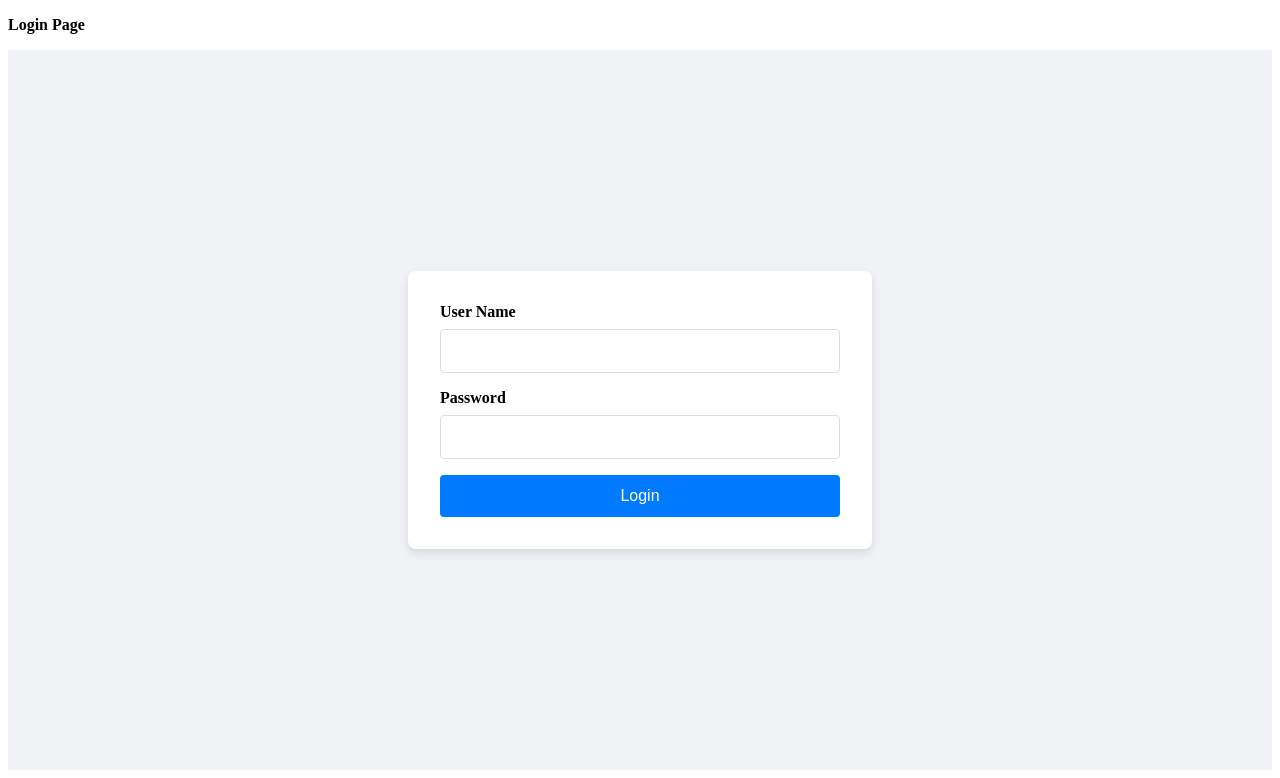
Repository: Mahanandapadavale123/dealsdray
Page: /dashboard (app in frontend/)
An editor plug-in stored every save of this project. The page is shown before and after the next save, followed by the edit.
The browser window is 1280 px wide. The pictures show the whole page.
The page's requests for data from a server got no answer. The project was rebuilt for these pictures with package versions that can differ from the ones it lists, and the page was loaded fresh each time. No one was signed in, and anything a server would have sent is missing. Also part of the build but not shown: frontend/src/views/layout/header.jsx, frontend/src/views/layout/footer.jsx, frontend/src/views/dashboard.jsx. Imported but missing from the stored project, and not drawn on this page: frontend/src/src/views/Dashboard.

Above is the page before, as saved 2024-09-19 13:28:40.

### frontend/src/App.js
import React, { useState, useEffect } from "react";
import { BrowserRouter as Router, Routes, Route, Navigate } from "react-router-dom";
import axios from "axios";
import Login from "./views/login";
// import Dashboard from "./views/Dashboard";
// import EmployeeList from "./views/EmployeeList";

function App() {
  const [isLoggedIn, setIsLoggedIn] = useState(false);
  const [loading, setLoading] = useState(true);

  useEffect(() => {
    const checkAuthentication = async () => {
      try {
        const response = await axios.get("http://127.0.0.1:8000/api/v1/users/isAuthenticated", {
          withCredentials: true,  // Ensure cookies are sent with the request
        });
        if (response.data.isAuthenticated) {
          setIsLoggedIn(true);
        } else {
          setIsLoggedIn(false);
        }
      } catch (error) {
        console.log("Error checking authentication:", error);
        setIsLoggedIn(false);  // If error occurs, assume user is not logged in
      }  finally {
        setLoading(false);
      }
    };
    checkAuthentication();
  }, []);

  if (loading) {
    return <div>Loading...</div>;
  }

  return (
    <Router>
      <Routes>
        <Route
          path="/dashboard"
          element={isLoggedIn ? <Dashboard /> : <Navigate to="/login" />}
        />

        <Route path="/login" element={<Login setIsLoggedIn={setIsLoggedIn} />} />

        <Route path="/" element={<Navigate to={isLoggedIn ? "/dashboard" : "/login"} />} />
      </Routes>
    </Router>
  );
}

export default App;

### frontend/src/views/login.jsx
  import React, { useState } from "react";
  import axios from "axios";
  import { useNavigate } from "react-router-dom";
  import styles from "../css/login.module.css";

  const Login = ({ setIsLoggedIn }) => {
    const [f_userName, setF_userName] = useState("");
    const [f_Pwd, setF_Pwd] = useState("");
    const navigate = useNavigate();

    const handleLogin = async (e) => {
      e.preventDefault();
      try {
        const response = await axios.post(
          "http://127.0.0.1:8000/api/v1/users/login",
          { f_userName, f_Pwd },
          { withCredentials: true }
        );

        const { status, message} = response.data;

        if (status === true) {
          alert(message);
          setIsLoggedIn(true);
          navigate("/dashboard");
        } else {
          alert(message);
        }

      } catch (error) {
        console.log(error);
        alert("Invalid Credentials");
      }
    };

    return (
      <div>
        <p><b>Login Page</b></p>
        <div className={styles.container}>
          <div className={styles.formContainer}>
            <form onSubmit={handleLogin} className={styles.form}>
              <label className={styles.label}>User Name</label>
              <input
                type="text"
                value={f_userName}
                onChange={(e) => setF_userName(e.target.value)}
                required
                className={styles.input}
              />
              <label className={styles.label}>Password</label>
              <input
                type="password"
                value={f_Pwd}
                onChange={(e) => setF_Pwd(e.target.value)}
                required
                className={styles.input}
              />
              <button type="submit" className={styles.button}>Login</button>
            </form>
          </div>
        </div>
      </div>
    );
  };

  export default Login;

### frontend/src/css/login.module.css
.container {
    display: flex;
    justify-content: center;
    align-items: center;
    height: 100vh;
    background-color: #f0f2f5;
  }

  .formContainer {
    background: #fff;
    padding: 2rem;
    border-radius: 8px;
    box-shadow: 0 4px 8px rgba(0, 0, 0, 0.1);
    width: 100%;
    max-width: 400px;
  }

  h2 {
    margin-bottom: 1rem;
    color: #333;
    text-align: center;
  }

  .form {
    display: flex;
    flex-direction: column;
  }

  .label {
    margin-bottom: 0.5rem;
    font-weight: bold;
  }

  .input {
    margin-bottom: 1rem;
    padding: 0.75rem;
    border: 1px solid #ddd;
    border-radius: 4px;
    font-size: 1rem;
  }

  .button {
    padding: 0.75rem;
    border: none;
    border-radius: 4px;
    background-color: #007bff;
    color: #fff;
    font-size: 1rem;
    cursor: pointer;
    transition: background-color 0.3s;
  }

  .button:hover {
    background-color: #0056b3;
  }

### frontend/src/css/dashboard.css
/* dashboard.css */

body {
    font-family: Arial, sans-serif;
    margin: 0;
    padding: 0;
  }

  .container {
    width: 100%;
    max-width: 1200px;
    margin: auto;
    padding: 20px;
  }

  header {
   background-color: #9c9a9a;
    margin-bottom: 20px;

  }
  .logo {
    text-align: left;
    font-size: 24px;
    font-weight: bold;
    margin-bottom: 10px;
  }

  h3 {
  display:inline-block;
    color: #333;
  }

  .dashboard-content {
    padding: 20px;
    background-color: #f9f9f9;
    border-radius: 8px;
    box-shadow: 0 2px 5px rgba(0, 0, 0, 0.1);
  }


  @media screen and (max-width: 768px) {
    table, th, td {
      font-size: 14px;
    }
  }

### frontend/src/css/navbar.css
/* navbar.css */

body {
    margin: 0;
    padding: 0;
    font-family: Arial, sans-serif;
  }

  .navbar {
    background-color: #4CAF50;
    display: flex;
    justify-content: space-between;
    align-items: center;
    padding: 10px 20px;
  }

  .navbar .logo {
    font-size: 24px;
    font-weight: bold;
    color: white;
  }

  .nav-links {
    list-style: none;
    display: flex;
    margin: 0;
    padding: 0;
  }

  .nav-links li {
    margin-right: 20px;
  }

  .nav-links li a {
    color: white;
    text-decoration: none;
    font-size: 18px;
  }

  .nav-links li a:hover {
    text-decoration: underline;
  }

  .burger {
    display: none;
    cursor: pointer;
  }

  .burger div {
    width: 25px;
    height: 3px;
    background-color: white;
    margin: 5px;
    transition: all 0.3s ease;
  }

  /* Responsive Design */
  @media screen and (max-width: 768px) {
    .nav-links {
      position: absolute;
      right: 0px;
      height: 100vh;
      top: 0px;
      background-color: #4CAF50;
      display: flex;
      flex-direction: column;
      align-items: center;
      justify-content: center;
      width: 100%;
      transform: translateX(100%);
      transition: transform 0.5s ease-in;
    }

    .nav-links li {
      margin: 20px 0;
    }

    .burger {
      display: block;
    }

    .nav-active {
      transform: translateX(0);
    }
  }

Loaded but not shown: frontend/public/index.html (common file); frontend/src/index.js (common file); frontend/src/reportWebVitals.js (common file)

After the next save:
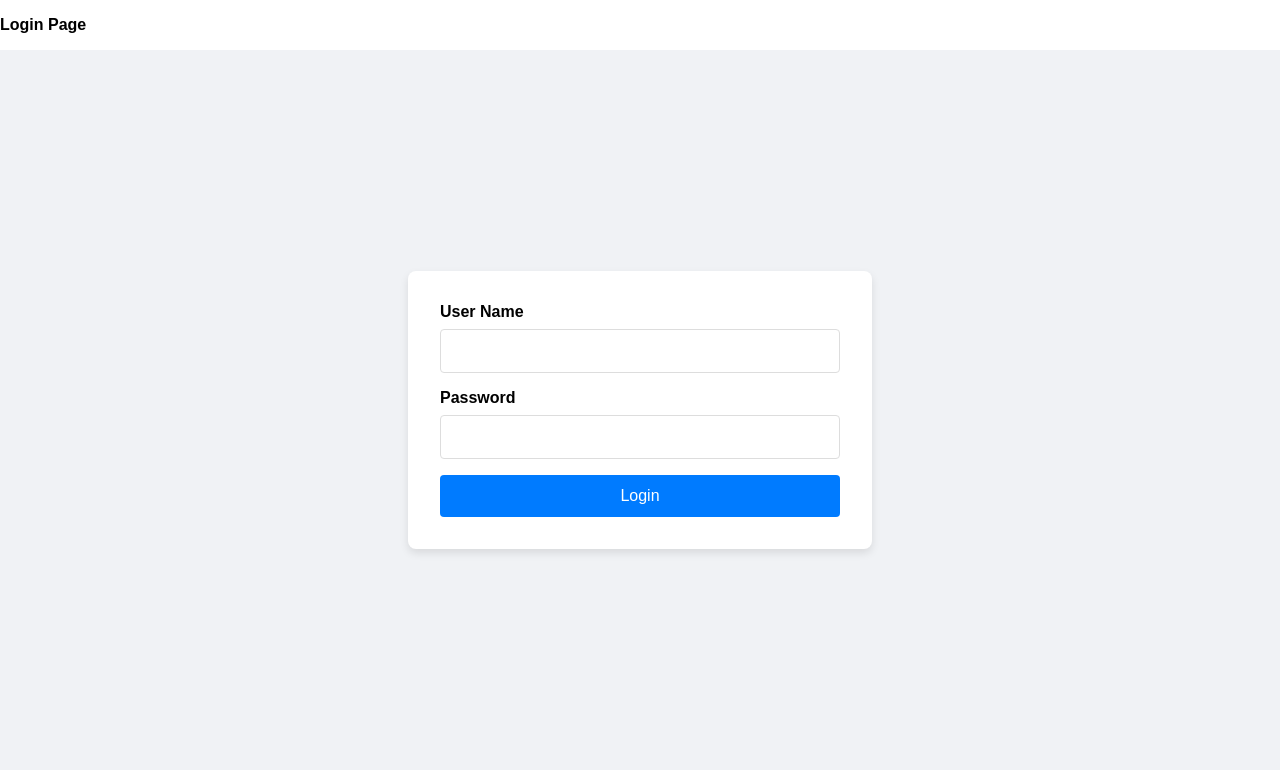
Saved 4 s later.
--- a/frontend/src/App.js
+++ b/frontend/src/App.js
@@ -2,7 +2,7 @@
 import { BrowserRouter as Router, Routes, Route, Navigate } from "react-router-dom";
 import axios from "axios";
 import Login from "./views/login";
-// import Dashboard from "./views/Dashboard";
+import Dashboard from "./views/Dashboard";
 // import EmployeeList from "./views/EmployeeList";
 
 function App() {

After the save that followed:
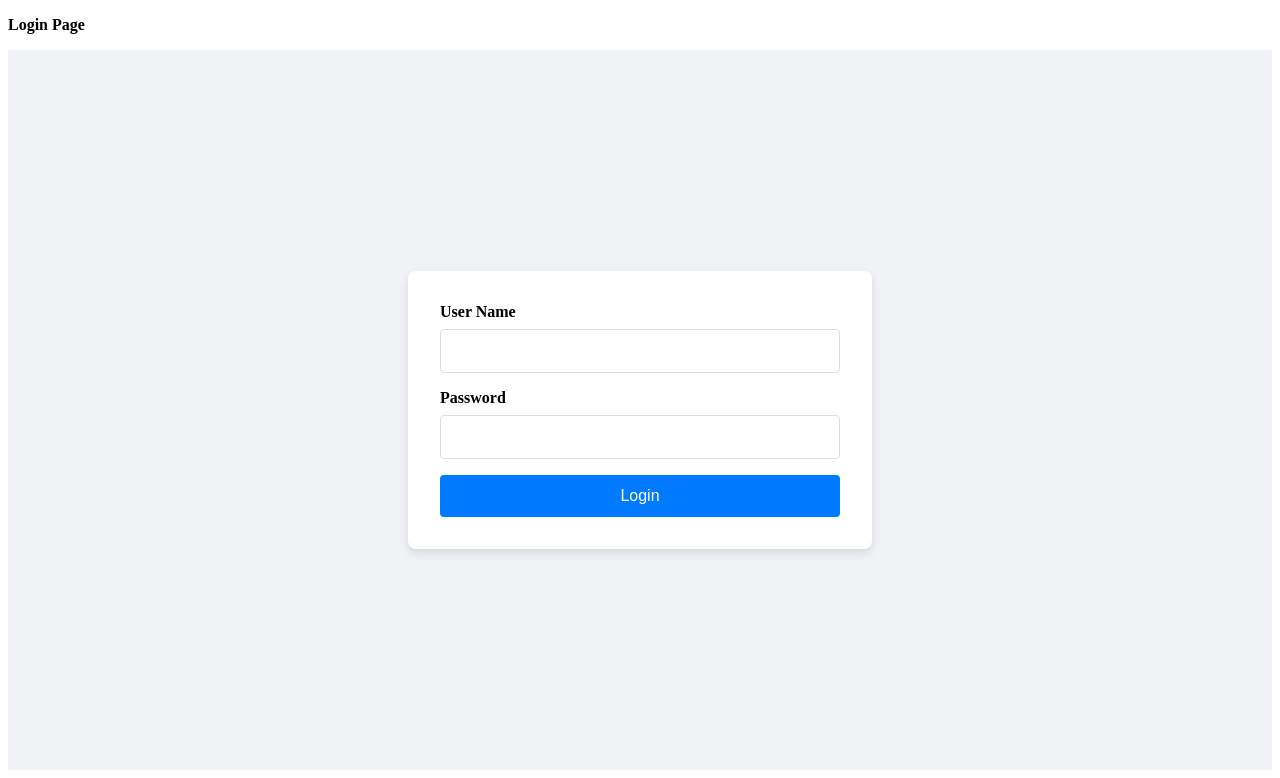
Saved 22 s later.
--- a/frontend/src/App.js
+++ b/frontend/src/App.js
@@ -2,7 +2,7 @@
 import { BrowserRouter as Router, Routes, Route, Navigate } from "react-router-dom";
 import axios from "axios";
 import Login from "./views/login";
-import Dashboard from "./views/Dashboard";
+import Dashboard from "./src/views/Dashboard";
 // import EmployeeList from "./views/EmployeeList";
 
 function App() {
